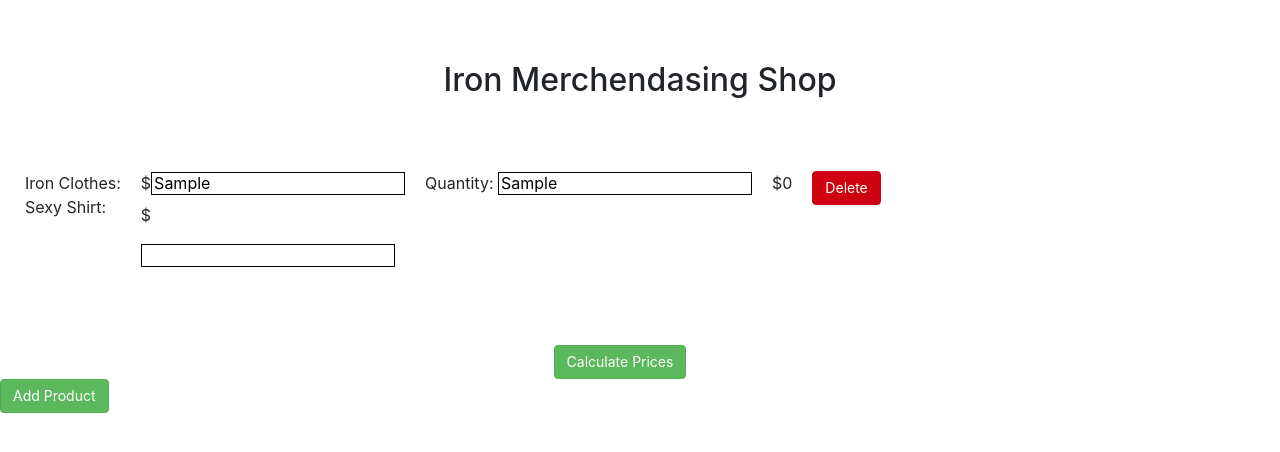
Repository: konstantin0s/lab-cart-DOM
Page: index.html
An editor plug-in stored every save of this project. The page is shown before and after the next save, followed by the edit.
The browser window is 1280 px wide. The pictures show the whole page.
Empty fields were first filled with sample values (such as "Sample", 5 or name@example.com).
After loading, the first visible `#addExtra` was clicked once.
Some web libraries are served in a nearby version.

Above is the page before, as saved 2019-02-01 23:48:13.
Console error: TypeError: Cannot set properties of null (setting 'onclick')

After the next save:
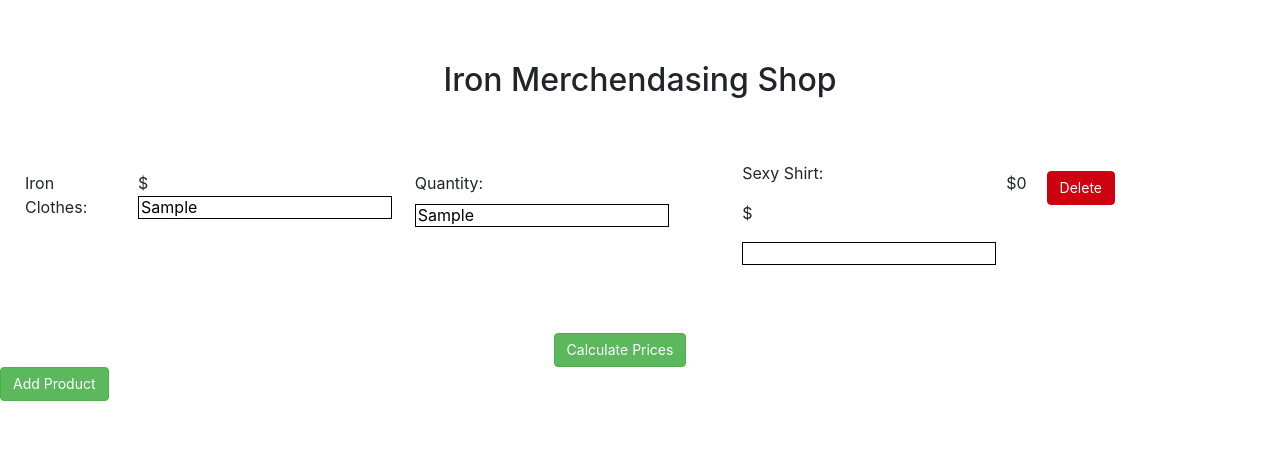
Saved 39 s later.
--- a/js/index.js
+++ b/js/index.js
@@ -60,7 +60,7 @@ function createNewItemRow(itemName, itemUnitPrice){
   var para = document.createElement("P");                       // Create a <p> element
   itemName = document.createTextNode("Sexy Shirt: ");      // Create a text node
   para.appendChild(itemName);                                          // Append the text to <p>
-  document.getElementsByClassName("proName")[0].appendChild(para);
+  document.getElementsByClassName("newRowItems")[0].appendChild(para);
 
   var label = document.createElement("LABEL");
   var par = document.createElement("P");                       // Create a <p> element
@@ -68,8 +68,8 @@ function createNewItemRow(itemName, itemUnitPrice){
   par.appendChild(dollar);
   itemUnitPrice = document.createElement("INPUT");
   label.appendChild(itemUnitPrice);
-  document.getElementsByClassName('cost')[0].appendChild(par);
-  document.getElementsByClassName('cost')[0].appendChild(label);
+  document.getElementsByClassName('newRowItems')[0].appendChild(par);
+  document.getElementsByClassName('newRowItems')[0].appendChild(label);
 
 }
 
